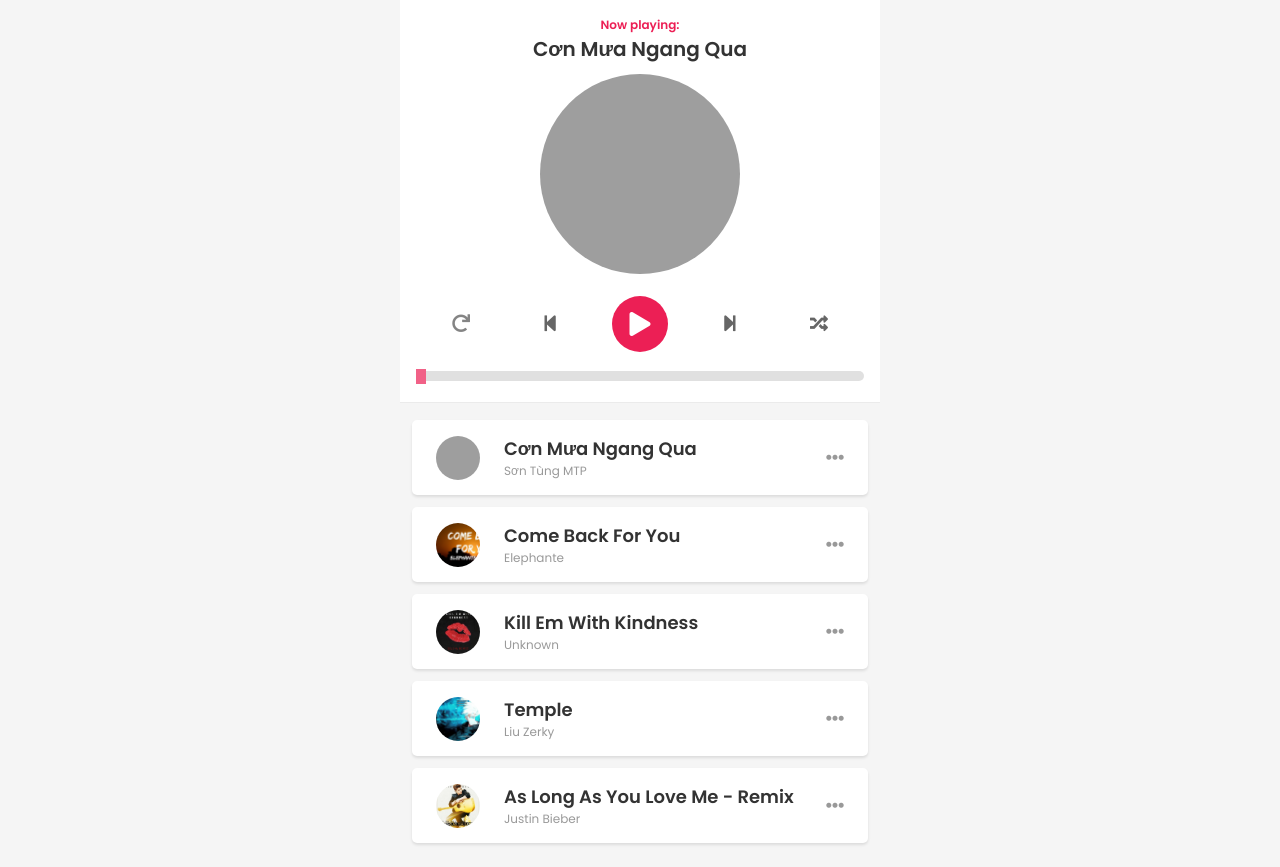
Repository: vandat598/musicPlayer
Page: index.html
These files come from the project's save history. The page is drawn as it stood at one moment and after the next save; the edit follows.
The browser window is 1280 px wide. The pictures show the whole page.
The pointer rests on the first visible `.control .btn`.
Pictures or frames that could not be fetched are drawn as grey boxes.

Above is the page before, as saved 2022-04-27 20:23:27.

### index.html
<!DOCTYPE html>
<html lang="en">
  <head>
    <meta charset="UTF-8" />
    <meta name="viewport" content="width=device-width, initial-scale=1.0" />
    <title>Music player</title>
    <link
      rel="stylesheet"
      href="https://cdnjs.cloudflare.com/ajax/libs/font-awesome/5.15.2/css/all.min.css"
      integrity="sha512-HK5fgLBL+xu6dm/Ii3z4xhlSUyZgTT9tuc/hSrtw6uzJOvgRr2a9jyxxT1ely+B+xFAmJKVSTbpM/CuL7qxO8w=="
      crossorigin="anonymous"
    />
    <link rel="preconnect" href="https://fonts.gstatic.com" />
    <link
      href="https://fonts.googleapis.com/css2?family=Poppins:wght@300;400;600&display=swap"
      rel="stylesheet"
    />
    <link rel="stylesheet" href="./assets/css/style.css" />
  </head>
  <body>
    <div class="player">
      <!-- Dashboard -->
      <div class="dashboard">
        <!-- Header -->
        <header>
          <h4>Now playing:</h4>
          <h2>String 57th & 9th</h2>
        </header>

        <!-- CD -->
        <div class="cd">
          <div
            class="cd-thumb"
            style="
              background-image: url('https://i.ytimg.com/vi/jTLhQf5KJSc/maxresdefault.jpg');
            "
          ></div>
        </div>

        <!-- Control -->
        <div class="control">
          <div class="btn btn-repeat">
            <i class="fas fa-redo"></i>
          </div>
          <div class="btn btn-prev">
            <i class="fas fa-step-backward"></i>
          </div>
          <div class="btn btn-toggle-play">
            <i class="fas fa-pause icon-pause"></i>
            <i class="fas fa-play icon-play"></i>
          </div>
          <div class="btn btn-next">
            <i class="fas fa-step-forward"></i>
          </div>
          <div class="btn btn-random">
            <i class="fas fa-random"></i>
          </div>
        </div>

        <input
          id="progress"
          class="progress"
          type="range"
          value="0"
          step="1"
          min="0"
          max="100"
        />

        <audio id="audio" src=""></audio>
      </div>

      <!-- Playlist -->
      <div class="playlist">
        <div class="song">
          <div
            class="thumb"
            style="
              background-image: url('https://i.ytimg.com/vi/jTLhQf5KJSc/maxresdefault.jpg');
            "
          ></div>
          <div class="body">
            <h3 class="title">Music name</h3>
            <p class="author">Singer</p>
          </div>
          <div class="option">
            <i class="fas fa-ellipsis-h"></i>
          </div>
        </div>
        <div class="song">
          <div
            class="thumb"
            style="
              background-image: url('https://i.ytimg.com/vi/jTLhQf5KJSc/maxresdefault.jpg');
            "
          ></div>
          <div class="body">
            <h3 class="title">Music name</h3>
            <p class="author">Singer</p>
          </div>
          <div class="option">
            <i class="fas fa-ellipsis-h"></i>
          </div>
        </div>
        <div class="song">
          <div
            class="thumb"
            style="
              background-image: url('https://i.ytimg.com/vi/jTLhQf5KJSc/maxresdefault.jpg');
            "
          ></div>
          <div class="body">
            <h3 class="title">Music name</h3>
            <p class="author">Singer</p>
          </div>
          <div class="option">
            <i class="fas fa-ellipsis-h"></i>
          </div>
        </div>
      </div>
    </div>

    <script>
      /*
        done 1. Render songs
        done 2. Scroll top
        3. Play / pause / seek
        4. CD rotate
        5. Next / prev
        6. Random
        7. Next / repeat when ended
        8. Active song
        9. Scroll active song into view
        10. play song when click
      */

      const $ = document.querySelector.bind(document);
      const $$ = document.querySelectorAll.bind(document);

      const player = $('.player');
      const cd = $('.cd');
      const heading = $('header h2');
      const cdThumb = $('.cd-thumb');
      const audio = $('#audio');
      const playBtn = $('.btn-toggle-play');
      const progress = $('#progress');
      const nextBtn = $('.btn-next');
      const prevBtn = $('.btn-prev');

      const app = {
        currentIndex: 0,
        isPlaying: false,
        songs: [
          {
            name: 'Cơn Mưa Ngang Qua',
            singer: 'Sơn Tùng MTP',
            path: './assets/music/ConMuaNgangQua SonTungMTP 2782444.mp3',
            image: './assets/img/MTP.png',
          },
          {
            name: 'Come Back For You',
            singer: 'Elephante',
            path: './assets/music/Elephante  Come Back For You feat Matluck.mp3',
            image: './assets/img/comBackForYou.png',
          },
          {
            name: 'Kill Em With Kindness',
            singer: 'Unknown',
            path: './assets/music/Kill Em With Kindness  Remix   Nhạc Tik Tok Gây Nghiện.mp3',
            image: './assets/img/KillEmWithKindness.png',
          },
          {
            name: 'Temple',
            singer: 'Liu Zerky',
            path: './assets/music/Temple  Liu  Zerky  Nhạc Nền Cực Hot TikTok Trung Quốc Gây Nghiện  Douyin抖音.mp3',
            image: './assets/img/Temple.png',
          },
          {
            name: 'As Long As You Love Me - Remix',
            singer: 'Justin Bieber',
            path: './assets/music/As Long As You Love Me  Justin Bieber.mp3',
            image:
              './assets/img/As_Long_As_You_Love_Me_(feat._Big_Sean)_-_Single.jpg',
          },
        ],
        render() {
          const htmls = this.songs.map(song => {
            return `
              <div class="song">
                <div class="thumb" style="background-image: url('${song.image}')">
                </div>
                <div class="body">
                  <h3 class="title">${song.name}</h3>
                  <p class="author">${song.singer}</p>
                </div>
                <div class="option">
                  <i class="fa fa-ellipsis-h"></i>
                </div>
              </div>
            `;
          });
          $('.playlist').innerHTML = htmls.join('');
        },
        defineProperties() {
          // Search google xem sytax defineProperty
          Object.defineProperty(this, 'currentSong', {
            get() {
              return this.songs[this.currentIndex];
            },
          });
        },
        handleEvent() {
          const _this = this;
          const cdWidth = cd.offsetWidth;

          // xử lý CD quay / dừng
          const cdThumbAnimate = cdThumb.animate(
            [{ transform: 'rotate(360deg)' }],
            {
              duration: 10000,
              iterations: Infinity,
            }
          );
          cdThumbAnimate.pause();

          // handle scroll
          document.onscroll = function () {
            const scrollTop =
              window.scrollY || document.documentElement.scrollTop;

            const newCdWidth = cdWidth - scrollTop;

            cd.style.width = newCdWidth > 0 ? newCdWidth + 'px' : 0;
            cd.style.opacity = newCdWidth / cdWidth;
          };

          // handle click play button

          playBtn.onclick = function () {
            if (_this.isPlaying) {
              audio.pause();
            } else {
              audio.play();
            }
          };

          // Khi song được play
          audio.onplay = function () {
            _this.isPlaying = true;
            player.classList.add('playing');
            cdThumbAnimate.play();
          };

          // Khi song pause
          audio.onpause = function () {
            _this.isPlaying = false;
            player.classList.remove('playing');
            cdThumbAnimate.pause();
          };

          // Khi tiến độ bài hát thay đổi
          audio.ontimeupdate = function () {
            if (audio.duration) {
              const progressPercent = Math.floor(
                (audio.currentTime / audio.duration) * 100
              );
              progress.value = progressPercent;
            }
          };

          // Xử lý khi tua bài hát
          progress.oninput = function (e) {
            const seekTime = (audio.duration / 100) * e.target.value;
            audio.currentTime = seekTime;
          };

          // Next song
          nextBtn.onclick = function () {
            _this.nextSong();
            audio.play();
          };
          // Prev song
          prevBtn.onclick = function () {
            _this.prevSong();
            audio.play();
          };
        },
        loadCurrentSong() {
          heading.textContent = this.currentSong.name;
          cdThumb.style.backgroundImage = `url('${this.currentSong.image}')`;
          audio.src = this.currentSong.path;
        },
        nextSong() {
          this.currentIndex++;
          if (this.currentIndex >= this.songs.length) {
            this.currentIndex = 0;
          }
          this.loadCurrentSong();
        },
        prevSong() {
          this.currentIndex--;
          if (this.currentIndex < 0) {
            this.currentIndex = this.songs.length - 1;
          }
          this.loadCurrentSong();
        },
        start() {
          this.defineProperties();
          this.handleEvent();
          this.loadCurrentSong();

          this.render();
        },
      };

      app.start();
    </script>
  </body>
</html>

### assets/css/style.css
:root {
  --primary-color: #ec1f55;
  --text-color: #333;
}

* {
  padding: 0;
  margin: 0;
  box-sizing: inherit;
}

body {
  background-color: #f5f5f5;
}

html {
  box-sizing: border-box;
  font-family: 'Poppins', sans-serif;
}

.player {
  position: relative;
  max-width: 480px;
  margin: 0 auto;
}

.player .icon-pause {
  display: none;
}

.player.playing .icon-pause {
  display: inline-block;
}

.player.playing .icon-play {
  display: none;
}

.dashboard {
  padding: 16px 16px 14px;
  background-color: #fff;
  position: fixed;
  top: 0;
  width: 100%;
  max-width: 480px;
  border-bottom: 1px solid #ebebeb;
}

/* HEADER */
header {
  text-align: center;
  margin-bottom: 10px;
}

header h4 {
  color: var(--primary-color);
  font-size: 12px;
}

header h2 {
  color: var(--text-color);
  font-size: 20px;
}

/* CD */
.cd {
  display: flex;
  margin: auto;
  width: 200px;
}

.cd-thumb {
  width: 100%;
  padding-top: 100%;
  border-radius: 50%;
  background-color: #333;
  background-size: cover;
  margin: auto;
}

/* CONTROL */
.control {
  display: flex;
  align-items: center;
  justify-content: space-around;
  padding: 18px 0 8px 0;
}

.control .btn {
  color: #666;
  padding: 18px;
  font-size: 18px;
  cursor: pointer;
}
.control .btn:hover {
  opacity: 0.8;
}

.control .btn.active {
  color: var(--primary-color);
}

.control .btn-toggle-play {
  width: 56px;
  height: 56px;
  border-radius: 50%;
  font-size: 24px;
  color: #fff;
  display: flex;
  align-items: center;
  justify-content: center;
  background-color: var(--primary-color);
}

.progress {
  width: 100%;
  -webkit-appearance: none;
  height: 10px;
  background: #d3d3d3;
  outline: none;
  opacity: 0.7;
  -webkit-transition: 0.2s;
  transition: opacity 0.2s;
  border-radius: 30px;
}

.progress::-webkit-slider-thumb {
  -webkit-appearance: none;
  appearance: none;
  width: 10px;
  height: 15px;
  background-color: var(--primary-color);
  cursor: pointer;
}

/* PLAYLIST */
.playlist {
  margin-top: 408px;
  padding: 12px;
}

.song {
  display: flex;
  align-items: center;
  margin-bottom: 12px;
  background-color: #fff;
  padding: 8px 16px;
  border-radius: 5px;
  box-shadow: 0 2px 3px rgba(0, 0, 0, 0.1);
  cursor: pointer;
}

.song.active {
  background-color: var(--primary-color);
}

.song:active {
  opacity: 0.8;
}

.song.active .option,
.song.active .author,
.song.active .title {
  color: #fff;
}

.song .thumb {
  width: 44px;
  height: 44px;
  border-radius: 50%;
  background-size: cover;
  margin: 0 8px;
}

.song .body {
  flex: 1;
  padding: 0 16px;
}

.song .title {
  font-size: 18px;
  color: var(--text-color);
}

.song .author {
  font-size: 12px;
  color: #999;
}

.song .option {
  padding: 16px 8px;
  color: #999;
  font-size: 18px;
}

After the next save:
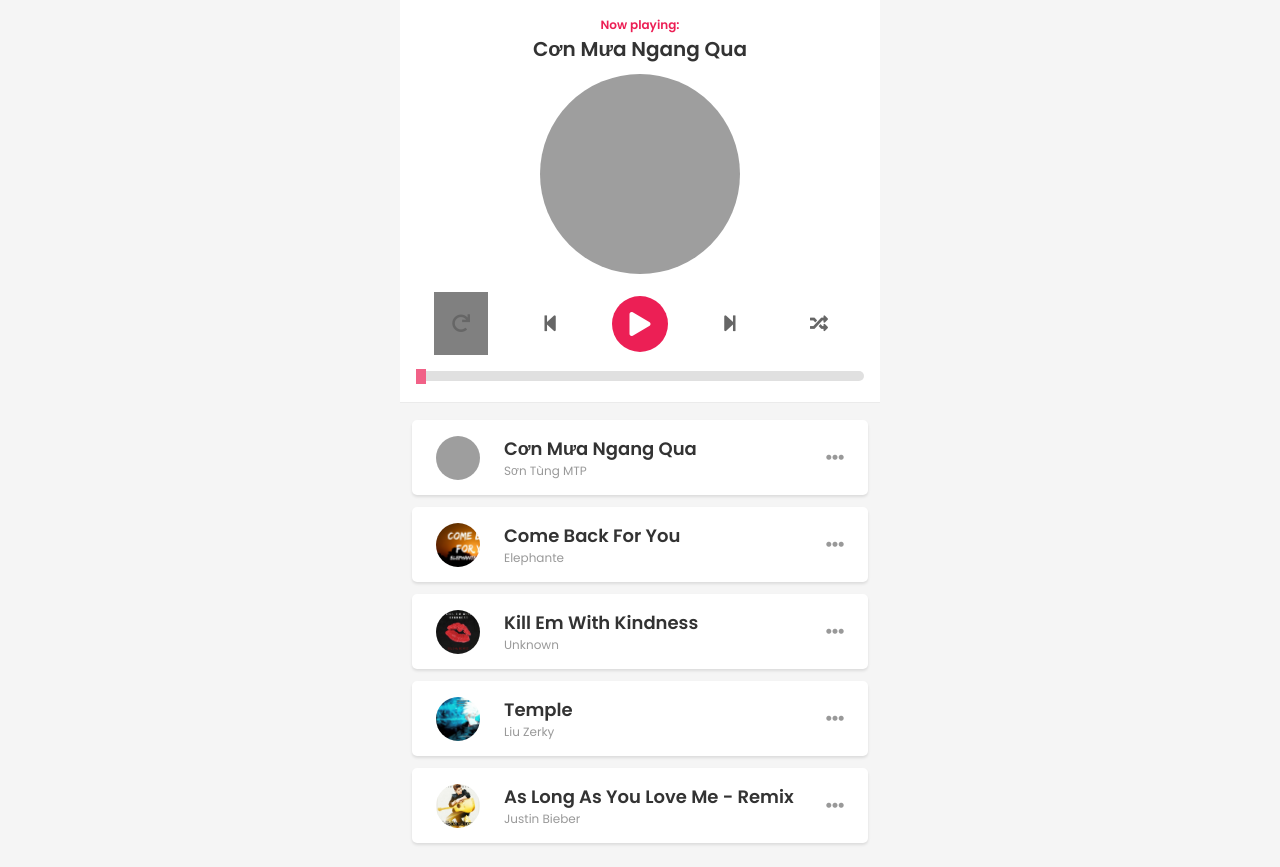
Saved 77 s later.
--- a/assets/css/style.css
+++ b/assets/css/style.css
@@ -93,7 +93,7 @@ header h2 {
   cursor: pointer;
 }
 .control .btn:hover {
-  opacity: 0.8;
+  background-color: gray;
 }
 
 .control .btn.active {
